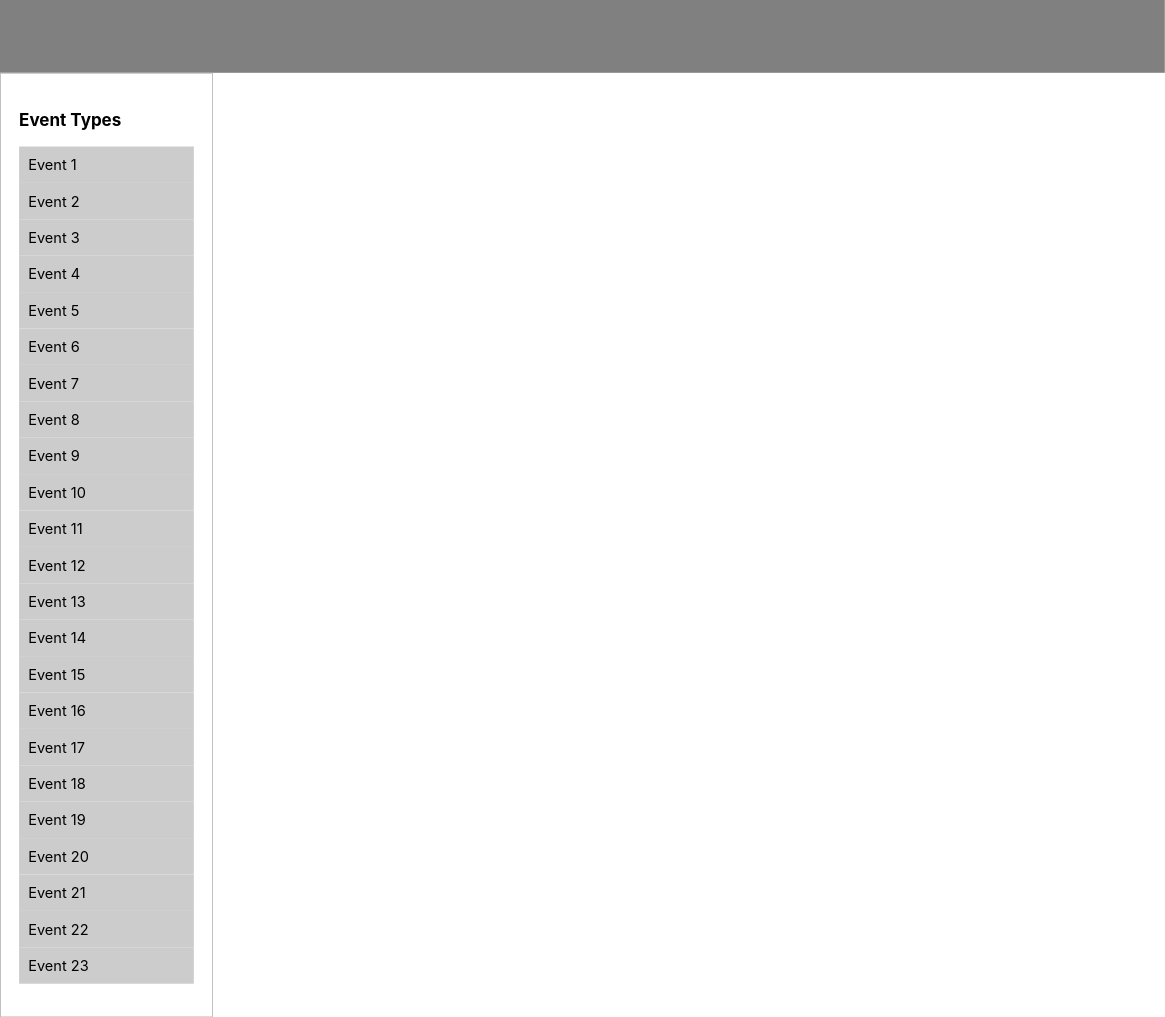
Repository: TauqeerHusain/Assignment
Page: /
The author's editor kept a copy of each file at every save. The page is drawn from the files as they stood at one save, then again after the next save.
The browser window is 1280 px wide. The pictures show the whole page, at 91% of full size.
The project was rebuilt for these pictures with package versions that can differ from the ones it lists, and the page was loaded fresh each time.

Above is the page before, as saved 2023-02-07 10:52:11.

### src/App.js
import React, { useState } from "react";

const events = [
  {
    name: "Event 1",
    date: "01/01/2023",
    location: "New York",
    description: "Description for event 1",
  },
  {
    name: "Event 2",
    date: "02/01/2023",
    location: "Los Angeles",
    description: "Description for event 2",
  },
  {
    name: "Event 3",
    date: "03/01/2023",
    location: "Chicago",
    description: "Description for event 3",
  },
  {
    name: "Event 4",
    date: "04/01/2023",
    location: "Houston",
    description: "Description for event 4",
  },
  {
    name: "Event 5",
    date: "01/02/2023",
    location: "India",
    description: "Description for event 5",
  },
  {
    name: "Event 6",
    date: "01/08/2023",
    location: "Pakistan",
    description: "Description for event 6",
  },
  {
    name: "Event 7",
    date: "01/01/2023",
    location: "New York",
    description: "Description for event 7",
  },
  {
    name: "Event 8",
    date: "06/01/2023",
    location: "New York",
    description: "Description for event 8",
  },
  {
    name: "Event 9",
    date: "09/01/2023",
    location: "New York",
    description: "Description for event 9",
  },
  {
    name: "Event 10",
    date: "01/01/2023",
    location: "New York",
    description: "Description for event 10",
  },
  {
    name: "Event 11",
    date: "01/01/2023",
    location: "New York",
    description: "Description for event 11",
  },
  {
    name: "Event 12",
    date: "01/01/2023",
    location: "New York",
    description: "Description for event 12",
  },
  {
    name: "Event 13",
    date: "01/01/2023",
    location: "New York",
    description: "Description for event 13",
  },
  {
    name: "Event 14",
    date: "01/01/2023",
    location: "New York",
    description: "Description for event 14",
  },
  {
    name: "Event 15",
    date: "01/01/2023",
    location: "New York",
    description: "Description for event 15",
  },
  {
    name: "Event 16",
    date: "01/01/2023",
    location: "New York",
    description: "Description for event 16",
  },
  {
    name: "Event 17",
    date: "01/01/2023",
    location: "New York",
    description: "Description for event 17",
  },
  {
    name: "Event 18",
    date: "01/01/2023",
    location: "New York",
    description: "Description for event 18",
  },
  {
    name: "Event 19",
    date: "01/01/2023",
    location: "New York",
    description: "Description for event 19",
  },
  {
    name: "Event 20",
    date: "01/01/2023",
    location: "New York",
    description: "Description for event 20",
  },
  {
    name: "Event 21",
    date: "01/01/2023",
    location: "New York",
    description: "Description for event 21",
  },
  {
    name: "Event 22",
    date: "01/01/2023",
    location: "New York",
    description: "Description for event 22",
  },
  {
    name: "Event 23",
    date: "01/01/2023",
    location: "New York",
    description: "Description for event 23",
  },
];

const App = () => {
  const [openTabs, setOpenTabs] = useState([]);

  const [selectedEvent, setSelectedEvent] = useState(null);

  const handleCloseTab = () => {
    setSelectedEvent(null);
  };

  const tabChangeHandler = (name) => {
    if (selectedEvent && selectedEvent.name === name) return;
    const data = events.filter((item) => item.name === name);
    setSelectedEvent(data.pop());
    console.log("2eadasd");
  };

  const closeTabHandler = (eventName) => {
    const updatedTabs = openTabs.filter((item) => item !== eventName);

    setSelectedEvent(null);
    setOpenTabs(updatedTabs);
  };

  return (
    <>
      <nav>
        <div
          style={{
            paddingLeft: 200,
            height: 80,
            background: "gray",
            display: "flex",
            columnGap: 30,
            alignItems: "center",
          }}
        >
          {openTabs.map((item) => (
            <div
              key={item}
              style={{
                backgroundColor: selectedEvent
                  ? selectedEvent.name === item
                    ? "skyblue"
                    : "#ccc"
                  : "#ccc",
                padding: "3px 10px",
                borderRadius: 5,
              }}
            >
              <button
                style={{
                  height: 25,
                  background: "transparent",
                  border: 0,
                  margin: 0,
                  cursor: "pointer",
                }}
                onClick={() => {
                  tabChangeHandler(item);
                }}
              >
                {item}
              </button>
              <span
                style={{ cursor: "pointer" }}
                onClick={() => closeTabHandler(item)}
              >
                X
              </span>
            </div>
          ))}
        </div>
      </nav>
      <div style={{ display: "flex" }}>
        <div
          style={{ width: "15%", border: "1px solid #bbb", padding: "20px" }}
        >
          <h3>Event Types</h3>
          <ul style={{ listStyleType: "none", padding: 0 }}>
            {events.map((event) => (
              <li
                key={event.name}
                style={{
                  padding: "10px",
                  cursor: "pointer",
                  backgroundColor: selectedEvent
                    ? selectedEvent.name === event.name
                      ? "skyblue"
                      : "#ccc"
                    : "#ccc",
                }}
                onClick={() => {
                  if (!openTabs.includes(event.name)) {
                    setOpenTabs((prev) =>
                      prev.length > 0 ? [...prev, event.name] : [event.name]
                    );
                  }
                  setSelectedEvent(event);
                }}
              >
                {event.name}
              </li>
            ))}
          </ul>
        </div>
        {selectedEvent && (
          <div style={{ width: "80%", padding: "20px" }}>
            <div
              style={{
                display: "flex",
                justifyContent: "space-between",
                alignItems: "center",
              }}
            >
              <h3>{selectedEvent.name}</h3>
              <div
                style={{
                  display: "inline-block",
                  padding: "10px",
                  backgroundColor: "lightgray",
                  borderRadius: "50%",
                  cursor: "pointer",
                }}
                onClick={handleCloseTab}
                onMouseEnter={() => {
                  console.log("Mouse entered");
                }}
                onMouseLeave={() => {
                  console.log("Mouse left");
                }}
              >
                x
              </div>
            </div>
            <p>Date: {selectedEvent.date}</p>
            <p>Location: {selectedEvent.location}</p>
            <p>Description: {selectedEvent.description}</p>
          </div>
        )}
      </div>
    </>
  );
};

export default App;

Loaded but not shown: public/index.html (common file); src/index.js (common file); src/index.css (common file); src/reportWebVitals.js (common file)

After the next save:
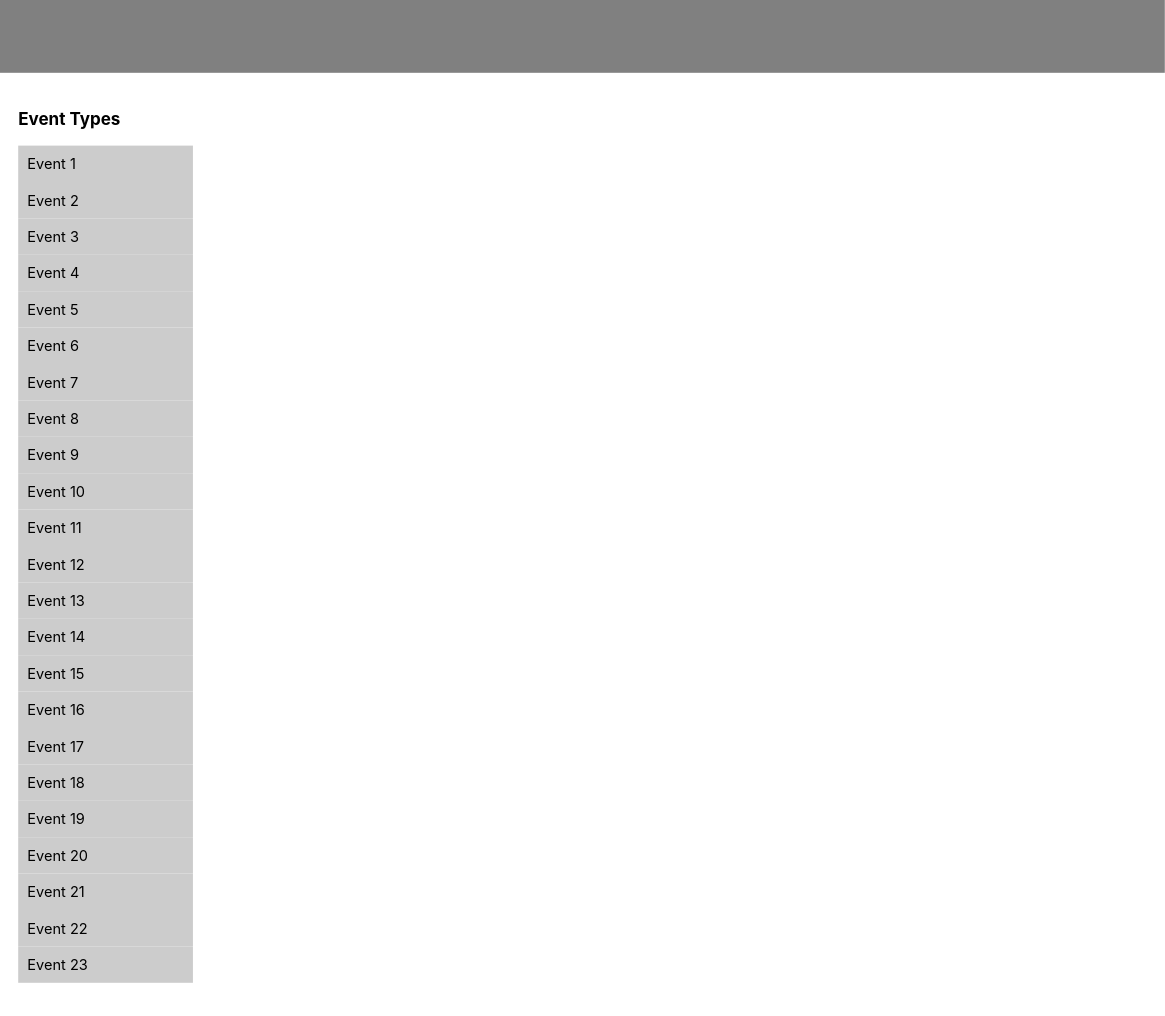
Saved 9 s later.
--- a/src/App.js
+++ b/src/App.js
@@ -215,9 +215,7 @@ const App = () => {
         </div>
       </nav>
       <div style={{ display: "flex" }}>
-        <div
-          style={{ width: "15%", border: "1px solid #bbb", padding: "20px" }}
-        >
+        <div style={{ width: "15%", padding: "20px" }}>
           <h3>Event Types</h3>
           <ul style={{ listStyleType: "none", padding: 0 }}>
             {events.map((event) => (
